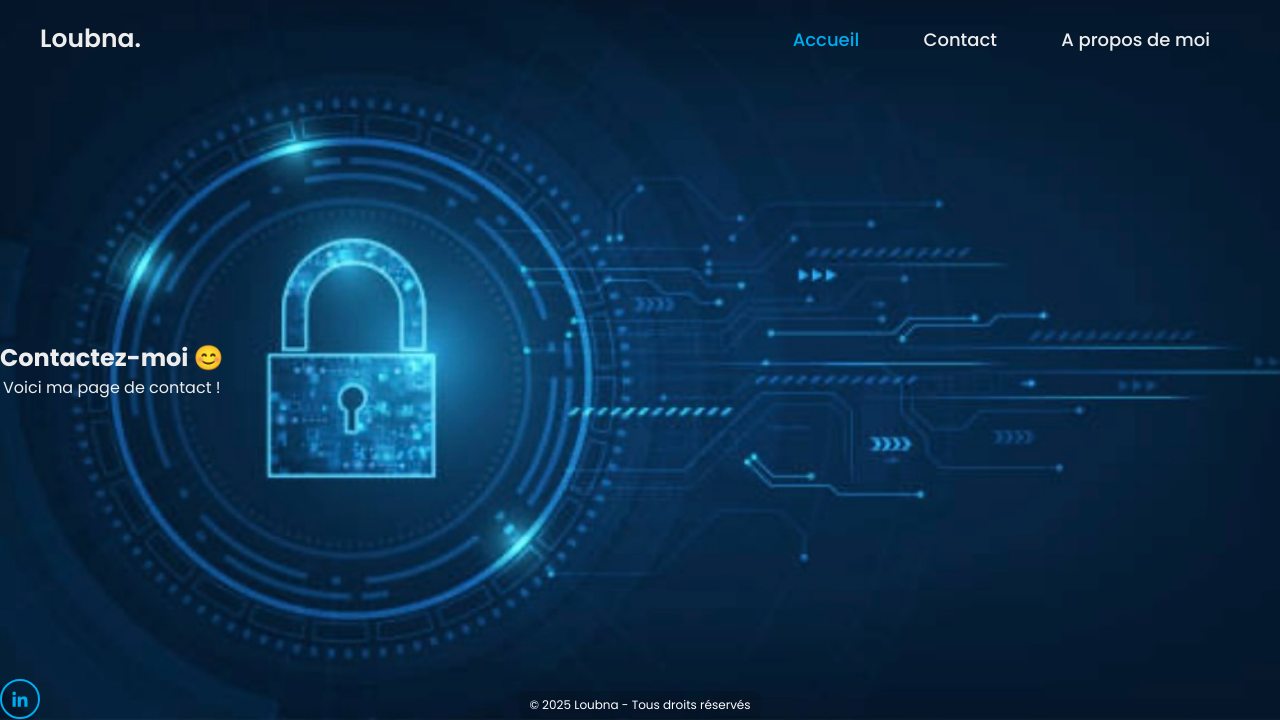
Repository: Loubna77290/Portfolio-de-Loubna
Page: contact.html
The author's editor kept a copy of each file at every save. The page is drawn from the files as they stood at one save, then again after the next save.
The browser window is 1280 px wide. The pictures show the whole page.

Above is the page before, as saved 2025-03-10 22:38:33.

After the next save:
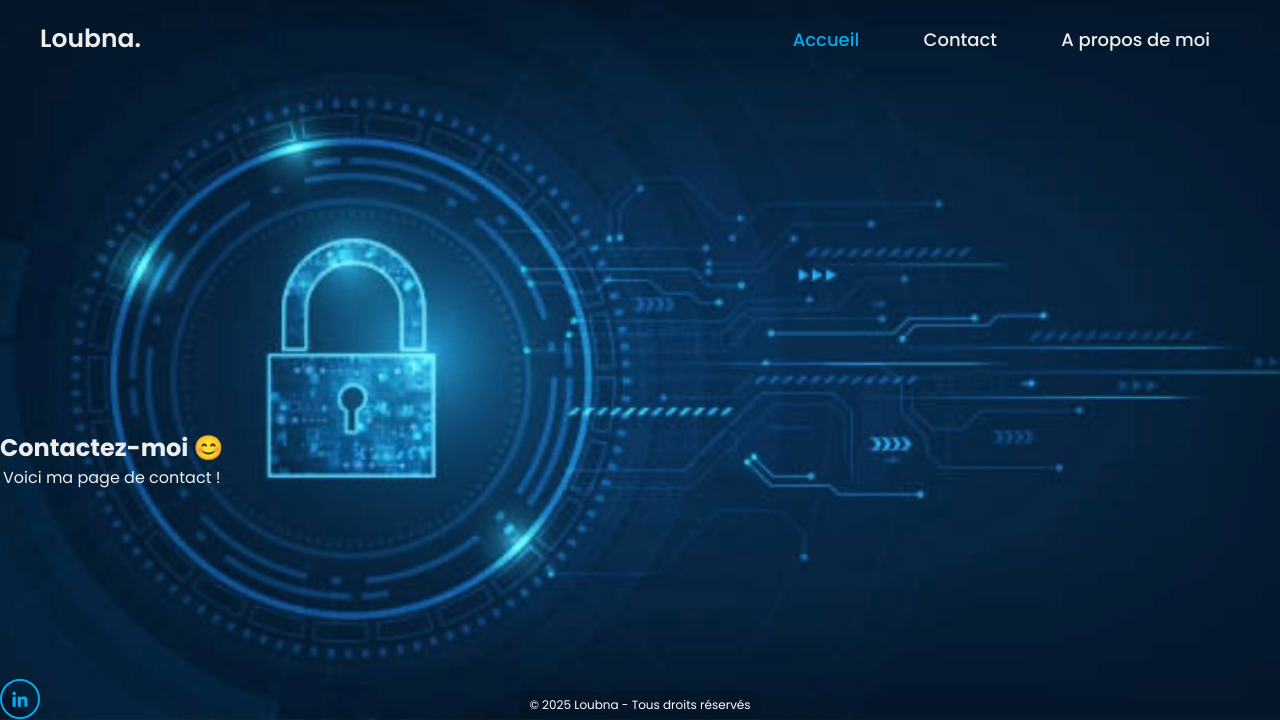
Saved 7 s later.
--- a/style.css
+++ b/style.css
@@ -269,7 +269,7 @@ body {
 }
 
 .contact-background h1 {
-    margin-top: 20px;
+    margin-top: 200px;
 }
 
 .contact-contenu {
